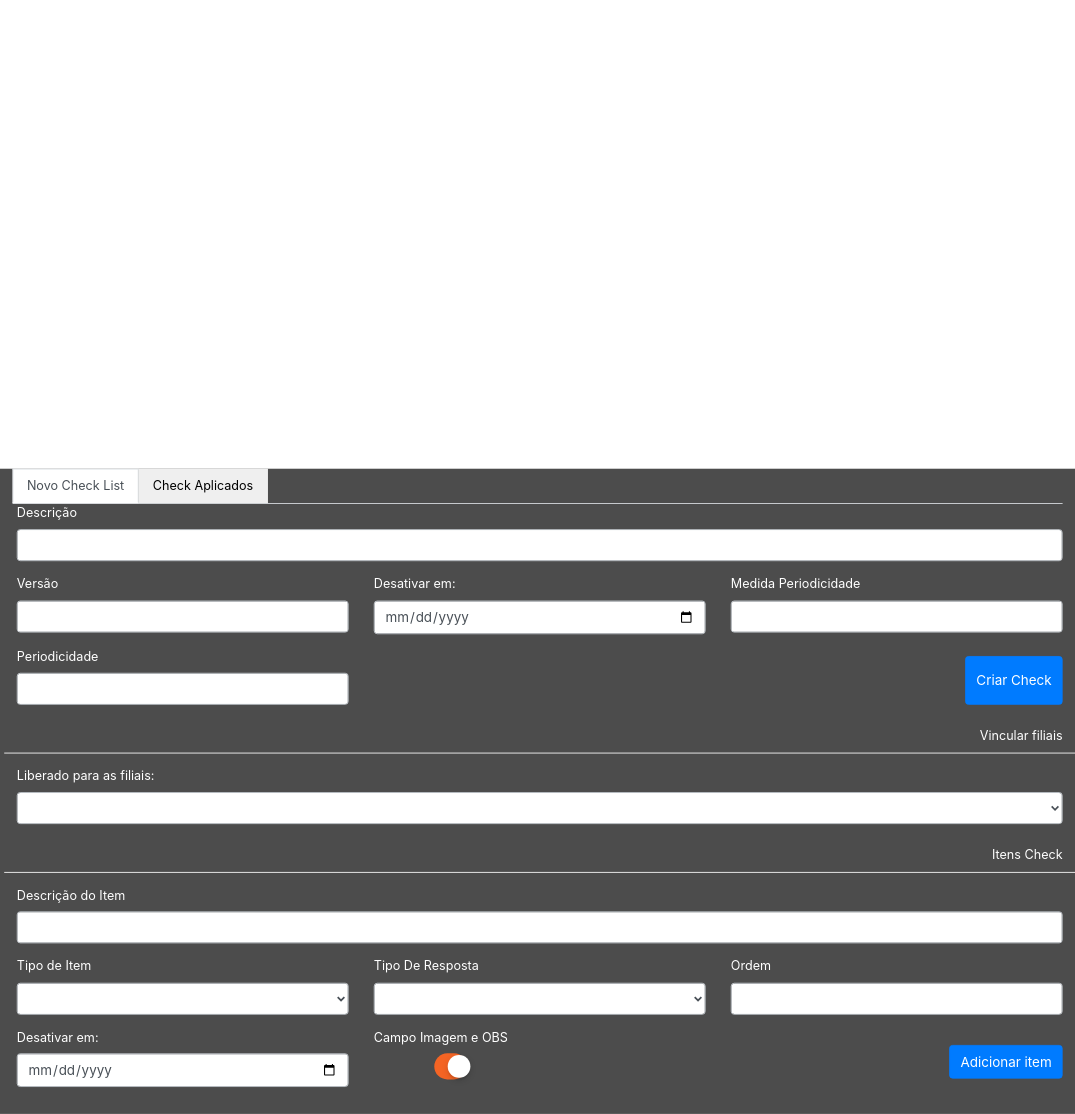
Repository: Conlog-SA/portal_operacional
Page: apps/safety_layout_checklist_app/templates/safety_layout_checklist_app/form_cad_layout_checklist.html
An editor plug-in stored every save of this project. The page is shown before and after the next save, followed by the edit.
The browser window is 1280 px wide. The pictures show the whole page, at 84% of full size.
The template is drawn by Django 3.2. The application's start-up code is not run. The template is opened directly, without the code that normally fills it, so the values that code supplies are empty.

Above is the page before, as saved 2023-11-16 16:23:08.

After the next save:
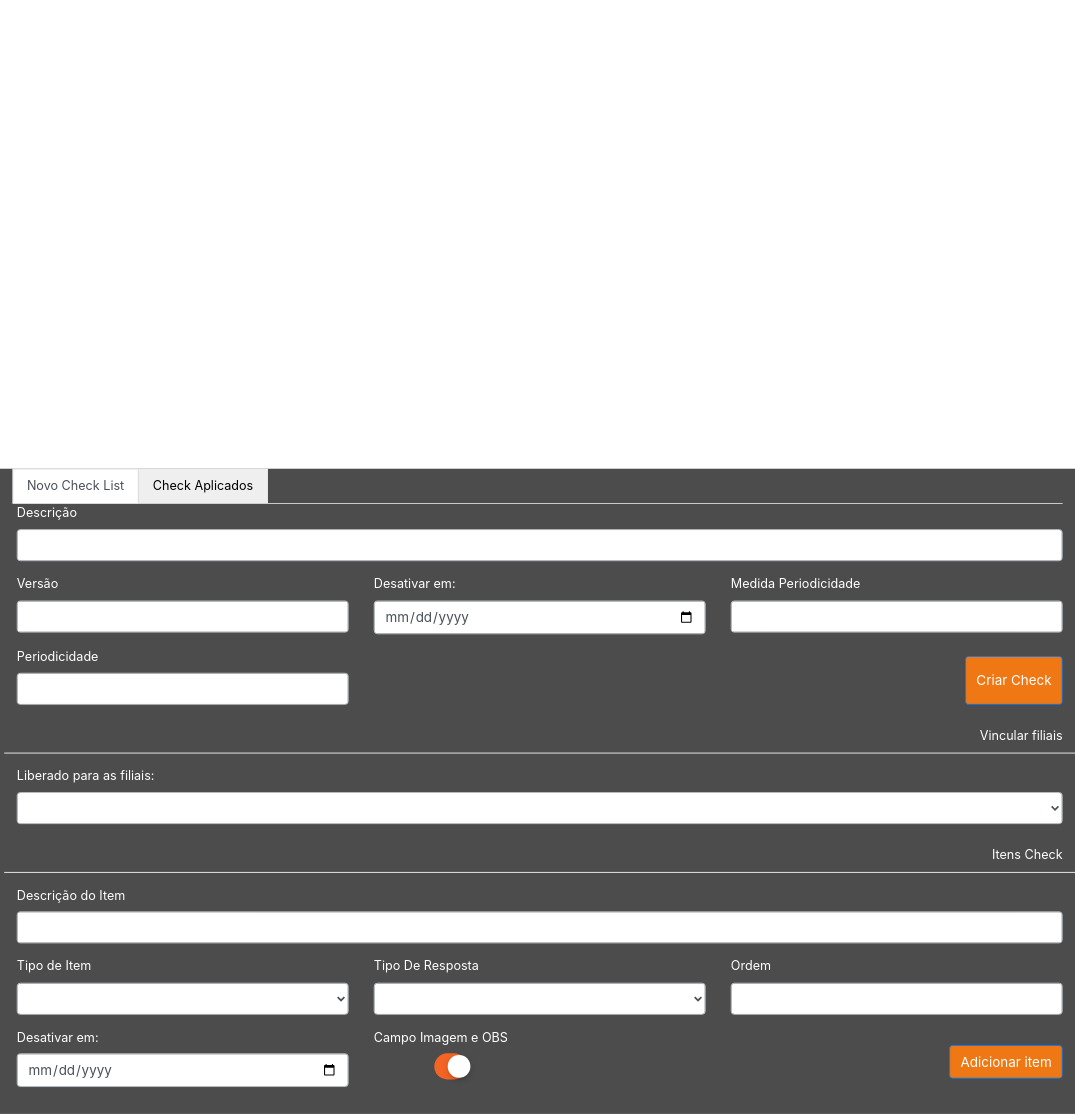
Saved 70 s later.
--- a/static/css/seguranca_safety_app/seguranca_safety.css
+++ b/static/css/seguranca_safety_app/seguranca_safety.css
@@ -13,6 +13,6 @@ label[for="liberado_filiais"] {
   }
 
 .btn-cadastro{
-    background-color: #ef7814;
+    background-color: #ef7814 !important;
 
 }
